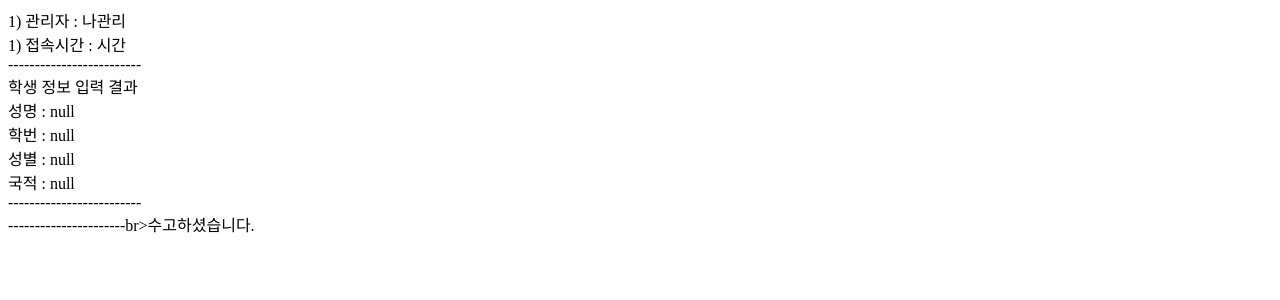
Repository: sunyeongan/Univ_lecture
Page: http://localhost/week10/request2_2.jsp
The author's editor kept a copy of each file at every save. The page is drawn from the files as they stood at one save, then again after the next save.
The browser window is 1280 px wide. The pictures show the whole page.
The page is served by Tomcat 9.

Above is the page before, as saved 2022-05-03 03:05:47.

After the next save:
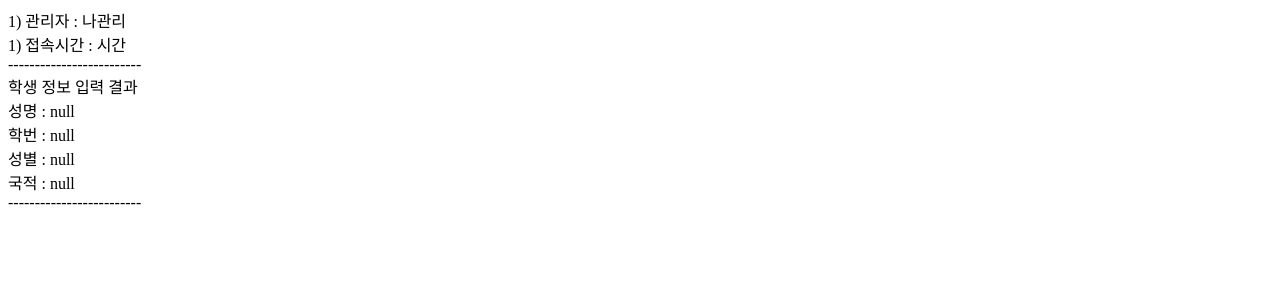
Saved 8 min 36 s later.
--- a/WebSever_2022/work/week10/week10/src/main/webapp/request2_2.jsp
+++ b/WebSever_2022/work/week10/week10/src/main/webapp/request2_2.jsp
@@ -16,9 +16,3 @@
 	<jsp:param name = "time" value = "시간  " />
 
 </jsp:include>
-
-<%
-
- out.println("----------------------" +"br>" + "수고하셨습니다. ");
-
-%>
